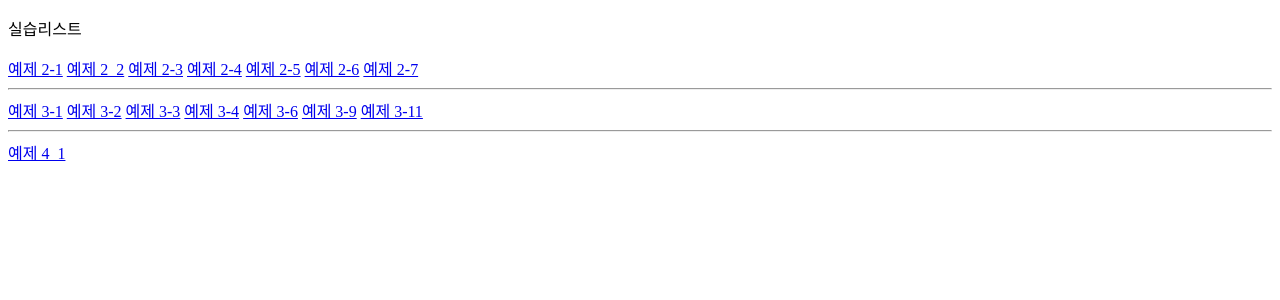
Repository: H-hyeonje/jsp
Page: http://localhost/jsbook/
The author's editor kept a copy of each file at every save. The page is drawn from the files as they stood at one save, then again after the next save.
The browser window is 1280 px wide. The pictures show the whole page.
The page is served by Tomcat 10. Other server files are loaded and not shown.

Above is the page before, as saved 2024-10-10 01:28:23.

### jsbook/src/main/webapp/index.jsp
<%@ page language="java" contentType="text/html; charset=UTF-8"
    pageEncoding="UTF-8"%>
<!DOCTYPE html>
<html>
<head>
<meta charset="UTF-8">
<title>Insert title here</title>
</head>
<body>
<p>실습리스트</p>
<a href="2_1">예제 2-1</a>
<a href="2_2">예제 2_2</a>
<a href="2_3">예제 2-3</a>
<a href="2_4">예제 2-4</a>
<a href="2_5">예제 2-5</a>
<a href="2_6">예제 2-6</a>
<a href="2_7">예제 2-7</a>
<hr></hr>
<a href="3_1">예제 3-1</a>
<a href="3_2">예제 3-2</a>
<a href="3_3">예제 3-3</a>
<a href="3_4">예제 3-4</a>
<a href="3_6">예제 3-6</a>
<a href="3_9">예제 3-9</a>
<a href="3_11">예제 3-11</a>
<hr></hr>
<a href="4_1">예제 4_1</a>
</body>
</html>

After the next save:
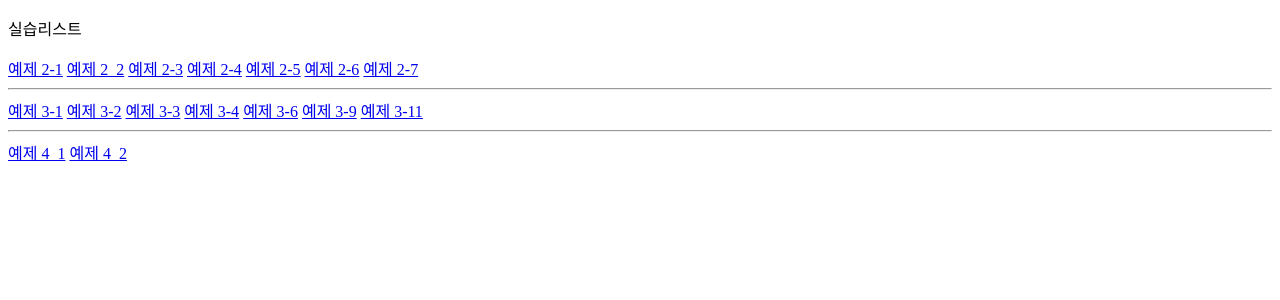
Saved 16 min 53 s later.
--- a/jsbook/src/main/webapp/index.jsp
+++ b/jsbook/src/main/webapp/index.jsp
@@ -25,5 +25,6 @@
 <a href="3_11">예제 3-11</a>
 <hr></hr>
 <a href="4_1">예제 4_1</a>
+<a href="4_2">예제 4_2</a>
 </body>
 </html>
